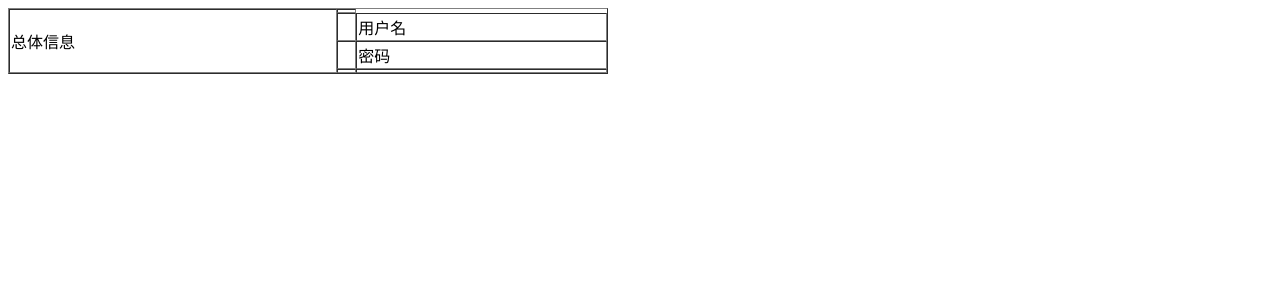
Repository: fixbb/workspace
Page: 008表单/index.html
These files come from the project's save history. The page is drawn as it stood at one moment and after the next save; the edit follows.
The browser window is 1280 px wide. The pictures show the whole page.

Above is the page before, as saved 2021-08-24 10:31:30.

### 008表单/index.html
<!DOCTYPE html>
<html lang="en">
<head>
    <meta charset="UTF-8">
    <meta http-equiv="X-UA-Compatible" content="IE=edge">
    <meta name="viewport" content="width=device-width, initial-scale=1.0">
    <title>表单</title>
</head>
<body>
    <table width="600px" border="1" cellspacing="0">
        <tbody>
            <tr>
                <td rowspan="4">总体信息</td>
                <td></td>

            </tr>
            <tr>

                <td></td>
                <td>用户名</td>
            </tr>
            <tr>

                <td></td>
                <td>密码</td>
            </tr><tr>

                <td></td>
                <td></td>
            </tr>
        </tbody>
    </table>
</body>
</html>

After the next save:
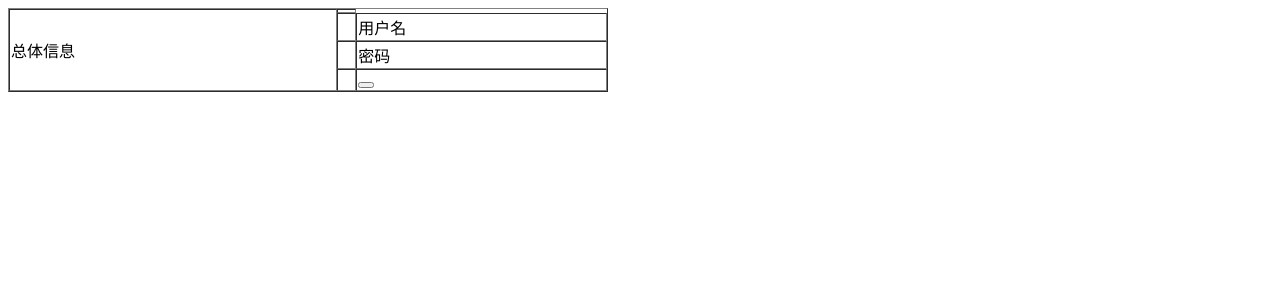
Saved 27 s later.
--- a/008表单/index.html
+++ b/008表单/index.html
@@ -1,11 +1,13 @@
 <!DOCTYPE html>
 <html lang="en">
+
 <head>
     <meta charset="UTF-8">
     <meta http-equiv="X-UA-Compatible" content="IE=edge">
     <meta name="viewport" content="width=device-width, initial-scale=1.0">
     <title>表单</title>
 </head>
+
 <body>
     <table width="600px" border="1" cellspacing="0">
         <tbody>
@@ -23,12 +25,14 @@
 
                 <td></td>
                 <td>密码</td>
-            </tr><tr>
+            </tr>
+            <tr>
 
                 <td></td>
-                <td></td>
+                <td><button></button></td>
             </tr>
         </tbody>
     </table>
 </body>
+
 </html>
